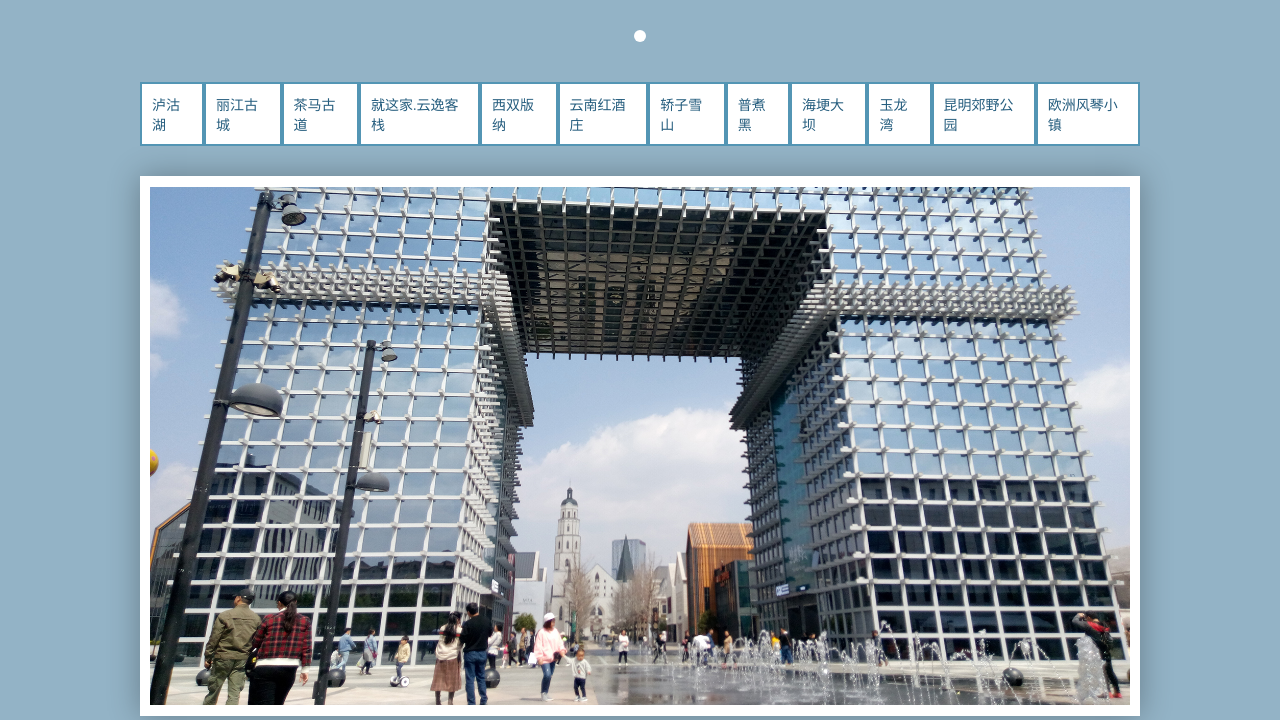
Repository: zhenzhen-gong/-jQuerydemo
Page: index.html
These files come from the project's save history. The page is drawn as it stood at one moment and after the next save; the edit follows.
The browser window is 1280 px wide. The pictures show the whole page.

Above is the page before, as saved 2020-06-09 22:21:23.

After the next save:
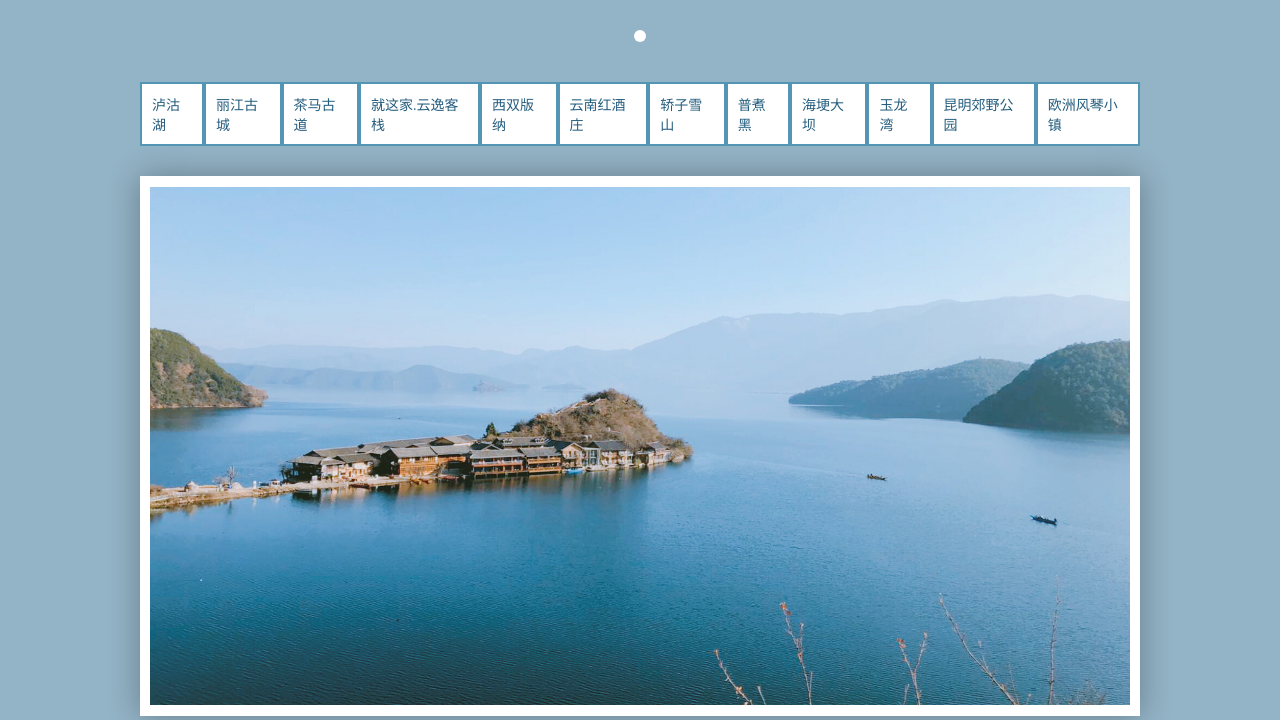
Saved 51 s later.
--- a/js.js
+++ b/js.js
@@ -5,10 +5,11 @@ $(document).ready(function(){
     }
     var mouseEvent= function(event){
         event.stopPropagation()
-         console.log($(this)[0].nodeName);
-
-        index = $(this).index();
-        swiper()
+        if($(this)[0].nodeName == "A"){
+            index = $(this).index();
+        }
+         return true
+       swiper()
     }
     var keyEvent = function(event){
         event.stopPropagation()
